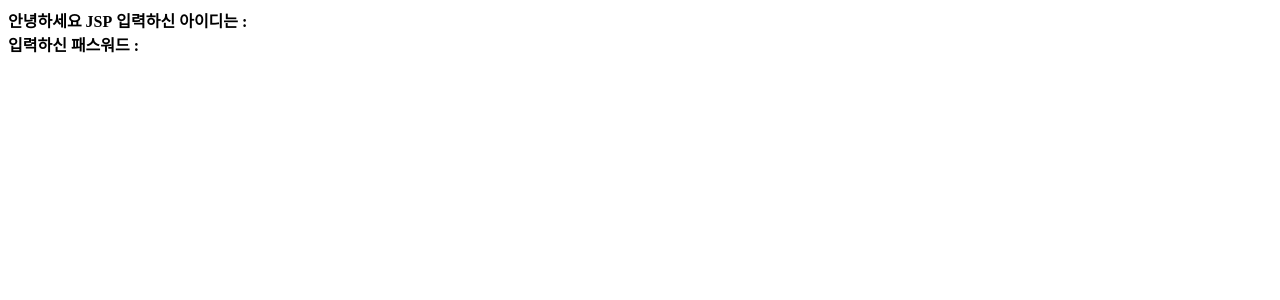
Repository: hus0124/M-IT
Page: http://localhost/Test2/join.jsp
These files come from the project's save history. The page is drawn as it stood at one moment and after the next save; the edit follows.
The browser window is 1280 px wide. The pictures show the whole page.
The page is served by Tomcat 9.

Above is the page before, as saved 2019-12-31 03:39:12.

### JSP_Workspaces/Test2/WebContent/join.jsp
<%@ page language="java" contentType="text/html; charset=EUC-KR"
    pageEncoding="EUC-KR"%>
<!DOCTYPE html PUBLIC "-//W3C//DTD HTML 4.01 Transitional//EN" "http://www.w3.org/TR/html4/loose.dtd">
<html>
<head>
<meta http-equiv="Content-Type" content="text/html; charset=EUC-KR">
<title>Insert title here</title>
</head>
<body>
<b>안녕하세요 JSP</b>
<%
	String id = request.getParameter("id");
	String pw = request.getParameter("pw");

%>

<b>입력하신 아이디는 : </b><br>
<b>입력하신 패스워드 : </b>
</body>
</html>

After the next save:
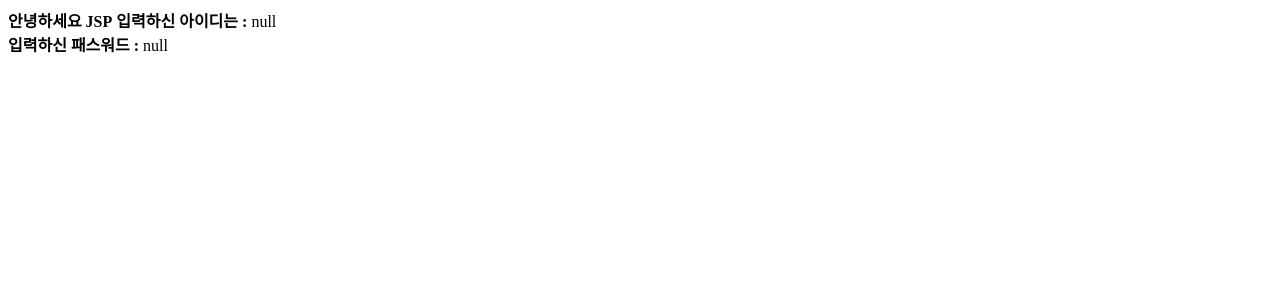
Saved 36 s later.
--- a/JSP_Workspaces/Test2/WebContent/join.jsp
+++ b/JSP_Workspaces/Test2/WebContent/join.jsp
@@ -14,7 +14,7 @@
 
 %>
 
-<b>입력하신 아이디는 : </b><br>
-<b>입력하신 패스워드 : </b>
+<b>입력하신 아이디는 : </b><%=id %><br>
+<b>입력하신 패스워드 : </b><%=pw %>
 </body>
 </html>
